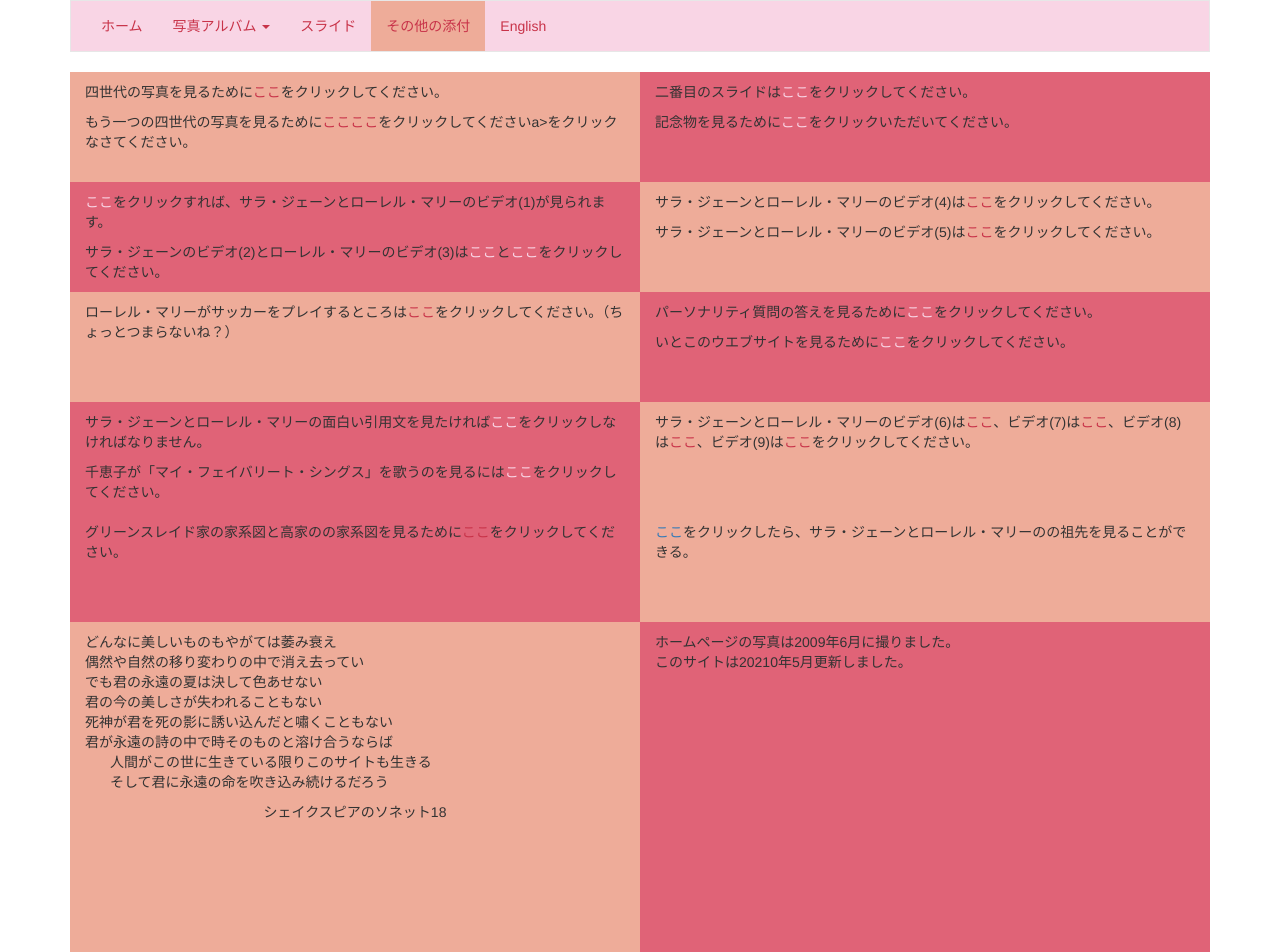
Repository: George2916/Sarah-Jane-and-Laurel-Marie
Page: misc-jap.html
The author's editor kept a record of every edit. The page is drawn from the files as they stood at one moment, then again after the next edit.
The browser window is 1280 px wide. The pictures show the whole page.

Above is the page before.
Console error: TypeError: Cannot read properties of null (reading 'style')

After the next edit:
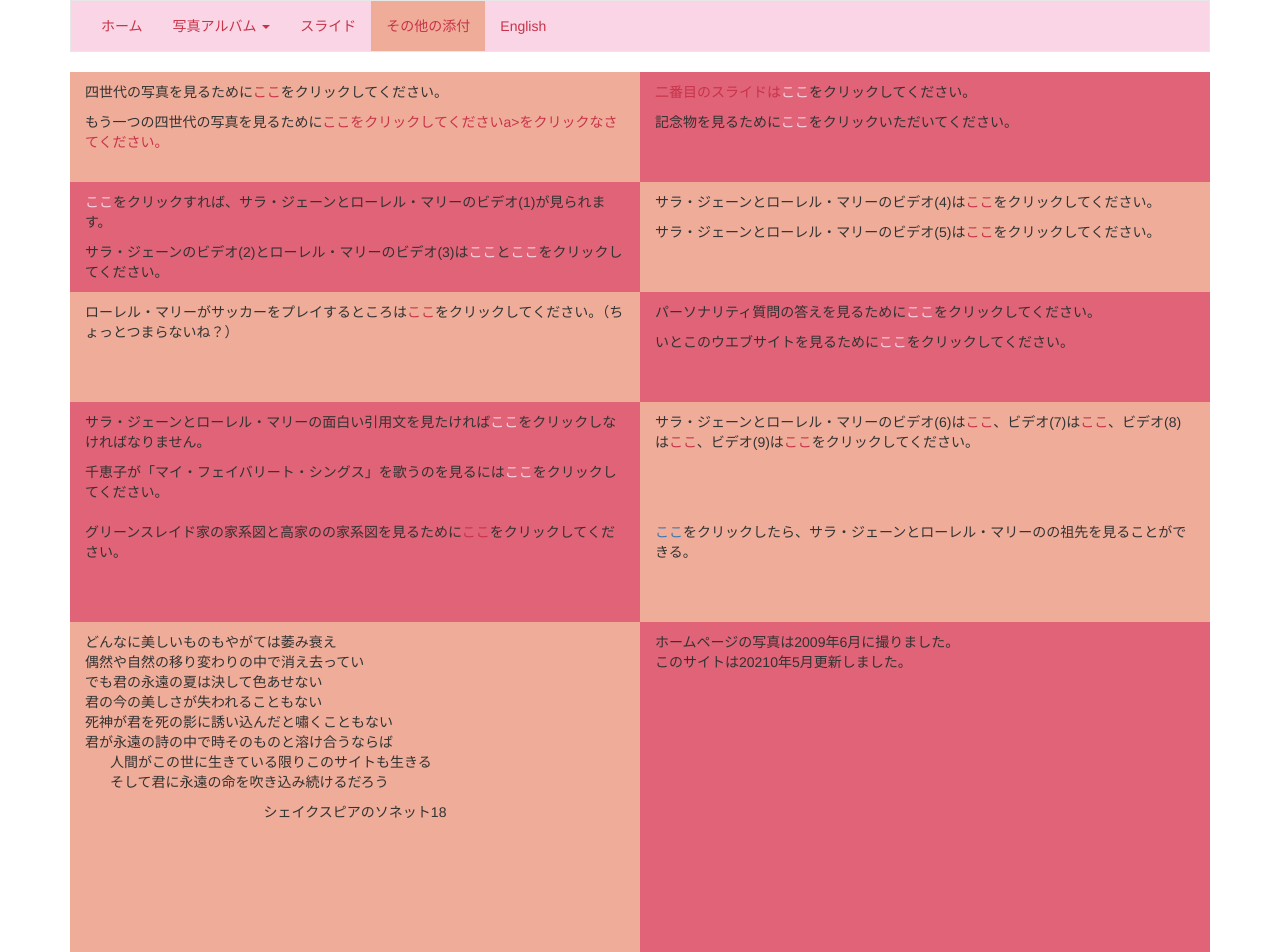
The edit:
--- a/misc-jap.html
+++ b/misc-jap.html
@@ -56,7 +56,7 @@
 
             <div class="col-sm-6 color1 box1">
                 <p>四世代の写真を見るために<a class="misc-link-1 AAA" href="familytreeT.html">ここ</a>をクリックしてください。</p>
-                <p>もう一つの四世代の写真を見るために<a class="misc-link-1 AAA" href="familytreeM.html">ここ</<a class="misc-link-3 AAA" href="https://www.youtube.com/watch?v=NwOyJzJh9Wc">ここ</a>をクリックしてくださいa>をクリックなさてください。</p>
+                <p>もう一つの四世代の写真を見るために<a class="misc-link-1 AAA" href="familytreeM.html">ここ</<a class="misc-link-3 AAA" href="https://www.youtube.com/watch?v=NwOyJzJh9Wc">をクリックしてくださいa>をクリックなさてください。</p>
             </div>
 
 
